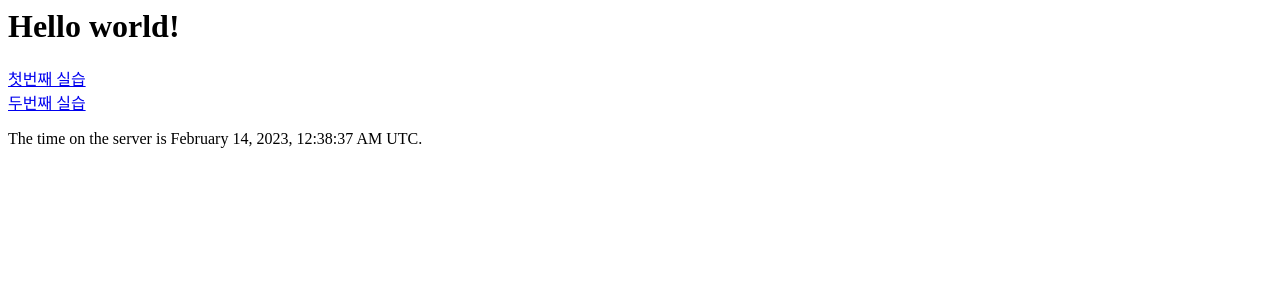
Repository: linklifejo/study_spring
Page: http://localhost/web/
These files come from the project's save history. The page is drawn as it stood at one moment and after the next save; the edit follows.
The browser window is 1280 px wide. The pictures show the whole page.
The page is served by Tomcat 9. The template is opened directly, without the code that normally fills it, so the values that code supplies are empty.

Above is the page before, as saved 2023-02-14 00:51:47.

After the next save:
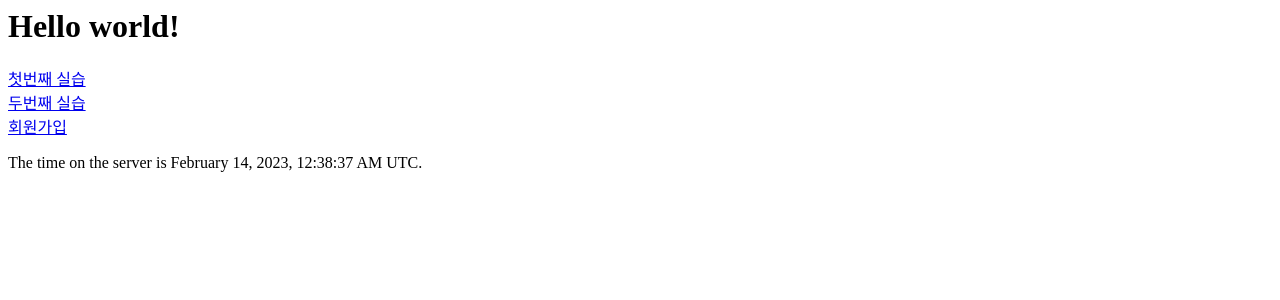
Saved 4 min 3 s later.
--- a/web/src/main/webapp/WEB-INF/views/home.jsp
+++ b/web/src/main/webapp/WEB-INF/views/home.jsp
@@ -12,6 +12,7 @@
 </h1>
 <div><a href='first'>첫번째 실습</a></div>
 <div><a href='second'>두번째 실습</a></div>
+<div><a href='member'>회원가입</a></div>
 
 <P>  The time on the server is ${serverTime}. </P>
 </body>
